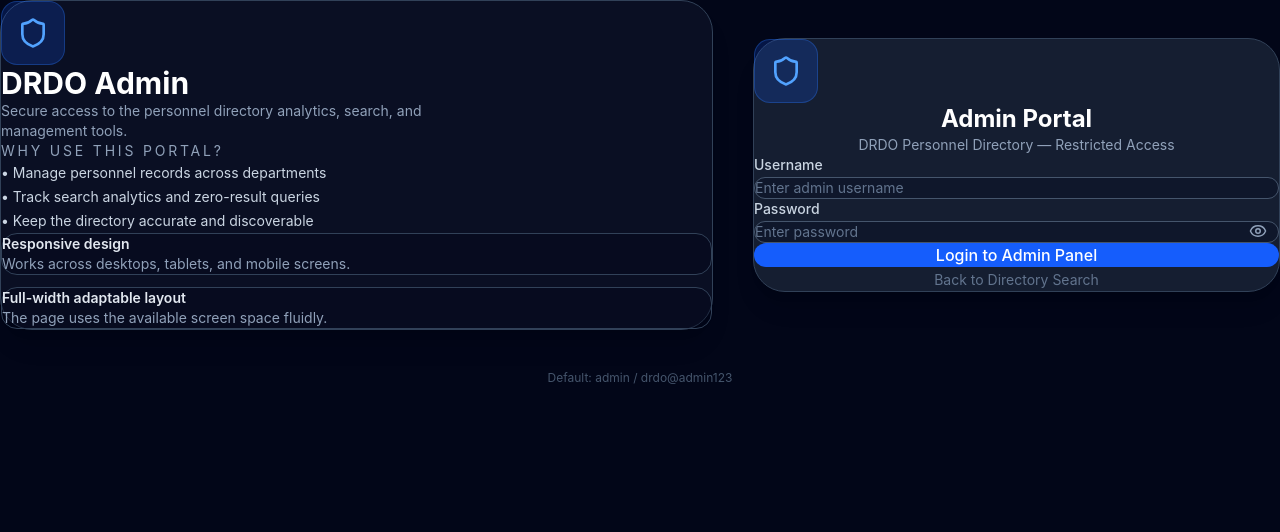
Repository: Mandeepigdtuw/DRDO-Directory
Page: /admin/personnel (app in frontend/)
These files come from the project's save history. The page is drawn as it stood at one moment and after a run of saves; the edit follows.
The browser window is 1280 px wide. The pictures show the whole page.
The project was rebuilt for these pictures with package versions that can differ from the ones it lists, and the page was loaded fresh each time. Also part of the build but not shown: frontend/vite.config.js, frontend/src/components/Navbar.jsx, frontend/src/components/PersonnelCard.jsx, frontend/src/components/ProfileModal.jsx, frontend/src/pages/SearchPage.jsx, frontend/src/components/AdminLayout.jsx, frontend/src/pages/AdminDashboard.jsx, frontend/src/pages/ManagePersonnel.jsx and 3 more.

Above is the page before, as saved 2026-07-18 00:07:37.

### frontend/src/index.css
@import "tailwindcss";
@tailwind base;
@tailwind components;
@tailwind utilities;

* {
  margin: 0;
  padding: 0;
  box-sizing: border-box;
}

body {
  font-family: 'Inter', sans-serif;
  background-color: #0f172a;
  color: #e2e8f0;
}

### frontend/src/App.jsx
// src/App.jsx
import { BrowserRouter, Routes, Route, Navigate } from 'react-router-dom'
import SearchPage from './pages/SearchPage'
import AdminLogin from './pages/AdminLogin'
import AdminDashboard from './pages/AdminDashboard'
import ManagePersonnel from './pages/ManagePersonnel'
import AddPersonnel from './pages/AddPersonnel'
import EditPersonnel from './pages/EditPersonnel'
import AnalyticsDashboard from './pages/AnalyticsDashboard'
import ProtectedRoute from './components/ProtectedRoute'

export default function App() {
  return (
    <BrowserRouter>
      <Routes>
        {/* User Side - Public */}
        <Route path="/" element={<SearchPage />} />

        {/* Admin Login - Public */}
        <Route path="/admin/login" element={<AdminLogin />} />

        {/* Admin Side - Protected (need JWT token) */}
        <Route path="/admin" element={<ProtectedRoute />}>
          <Route path="dashboard" element={<AdminDashboard />} />
          <Route path="personnel" element={<ManagePersonnel />} />
          <Route path="personnel/add" element={<AddPersonnel />} />
          <Route path="personnel/edit/:employee_id" element={<EditPersonnel />} />
          <Route path="analytics" element={<AnalyticsDashboard />} />
        </Route>

        {/* Catch all unknown URLs → redirect to home */}
        <Route path="*" element={<Navigate to="/" />} />
      </Routes>
    </BrowserRouter>
  )
}

### frontend/src/pages/AdminLogin.jsx
// src/pages/AdminLogin.jsx
import { useState } from 'react'
import { useNavigate, Link } from 'react-router-dom'
import { Shield, Eye, EyeOff, Loader2 } from 'lucide-react'
import { loginAdmin } from '../services/api'

export default function AdminLogin() {
  const [username, setUsername] = useState('')
  const [password, setPassword] = useState('')
  const [showPassword, setShowPassword] = useState(false)
  const [loading, setLoading] = useState(false)
  const [error, setError] = useState('')
  const navigate = useNavigate()

  const handleLogin = async () => {
    if (!username.trim() || !password.trim()) {
      setError('Please enter both username and password.')
      return
    }
    setLoading(true)
    setError('')
    try {
      const response = await loginAdmin(username, password)
      localStorage.setItem('admin_token', response.data.access_token)
      navigate('/admin/dashboard')
    } catch (err) {
      setError('Invalid username or password. Please try again.')
    } finally {
      setLoading(false)
    }
  }

  const handleKeyDown = (e) => {
    if (e.key === 'Enter') handleLogin()
  }

  return (
    <div className="min-h-screen bg-slate-950 px-4 py-10">
      <div className="mx-auto w-full max-w-7xl grid gap-10 lg:grid-cols-[1.15fr_0.85fr] items-center">
        <div className="hidden lg:flex flex-col justify-center rounded-[2rem] border border-slate-700 bg-slate-900/60 p-10 shadow-xl">
          <div className="mb-6">
            <div className="w-16 h-16 rounded-2xl bg-blue-600/20 border border-blue-500/30 flex items-center justify-center mb-4">
              <Shield size={32} className="text-blue-400" />
            </div>
            <h1 className="text-3xl font-bold text-white">DRDO Admin</h1>
            <p className="text-slate-400 text-sm mt-2 max-w-md">
              Secure access to the personnel directory analytics, search, and management tools.
            </p>
          </div>
          <div className="space-y-4 text-slate-300">
            <div>
              <p className="text-sm text-slate-400 uppercase tracking-[0.2em] mb-2">Why use this portal?</p>
              <ul className="space-y-3 text-sm leading-6">
                <li>• Manage personnel records across departments</li>
                <li>• Track search analytics and zero-result queries</li>
                <li>• Keep the directory accurate and discoverable</li>
              </ul>
            </div>
            <div className="grid gap-3 text-slate-200 text-sm">
              <div className="rounded-2xl border border-slate-700 bg-slate-950/30 p-4">
                <p className="font-semibold">Responsive design</p>
                <p className="text-slate-400">Works across desktops, tablets, and mobile screens.</p>
              </div>
              <div className="rounded-2xl border border-slate-700 bg-slate-950/30 p-4">
                <p className="font-semibold">Full-width adaptable layout</p>
                <p className="text-slate-400">The page uses the available screen space fluidly.</p>
              </div>
            </div>
          </div>
        </div>

        <div className="w-full rounded-4xl border border-slate-700 bg-slate-800/70 p-8 shadow-xl">

          <div className="text-center mb-8 lg:mb-10">
            <div className="w-16 h-16 rounded-2xl bg-blue-600/20 border border-blue-500/30 flex items-center justify-center mx-auto mb-4">
              <Shield size={32} className="text-blue-400" />
            </div>
            <h1 className="text-2xl font-bold text-white">Admin Portal</h1>
            <p className="text-slate-400 text-sm mt-1">
              DRDO Personnel Directory — Restricted Access
            </p>
          </div>

          <div className="space-y-6">

          {error && (
            <div className="bg-red-400/10 border border-red-400/20 text-red-400 text-sm rounded-xl p-3 mb-5">
              {error}
            </div>
          )}

          <div className="mb-4">
            <label className="text-slate-300 text-sm font-medium block mb-2">
              Username
            </label>
            <input
              type="text"
              value={username}
              onChange={(e) => setUsername(e.target.value)}
              onKeyDown={handleKeyDown}
              placeholder="Enter admin username"
              className="w-full bg-slate-900 border border-slate-600 focus:border-blue-500 text-white rounded-xl px-4 py-3 outline-none transition-colors placeholder-slate-500 text-sm"
            />
          </div>

          <div className="mb-6">
            <label className="text-slate-300 text-sm font-medium block mb-2">
              Password
            </label>
            <div className="relative">
              <input
                type={showPassword ? 'text' : 'password'}
                value={password}
                onChange={(e) => setPassword(e.target.value)}
                onKeyDown={handleKeyDown}
                placeholder="Enter password"
                className="w-full bg-slate-900 border border-slate-600 focus:border-blue-500 text-white rounded-xl px-4 py-3 pr-11 outline-none transition-colors placeholder-slate-500 text-sm"
              />
              <button
                onClick={() => setShowPassword(!showPassword)}
                className="absolute right-3 top-1/2 -translate-y-1/2 text-slate-400 hover:text-white transition-colors"
              >
                {showPassword ? <EyeOff size={18} /> : <Eye size={18} />}
              </button>
            </div>
          </div>
          </div>

          <button
            onClick={handleLogin}
            disabled={loading}
            className="w-full bg-blue-600 hover:bg-blue-500 disabled:bg-slate-700 disabled:cursor-not-allowed text-white font-medium py-3 rounded-xl transition-colors flex items-center justify-center gap-2"
          >
            {loading ? <Loader2 size={18} className="animate-spin" /> : null}
            {loading ? 'Verifying...' : 'Login to Admin Panel'}
          </button>

          <div className="text-center mt-4">
            <Link
              to="/"
              className="text-slate-500 hover:text-slate-300 text-sm transition-colors"
            >
              Back to Directory Search
            </Link>
          </div>
        </div>

        <p className="text-slate-600 text-xs text-center mt-4 lg:col-span-2">
          Default: admin / drdo@admin123
        </p>
      </div>
    </div>
  )
}

### frontend/src/components/ProtectedRoute.jsx
// src/components/ProtectedRoute.jsx
import { Navigate, Outlet } from 'react-router-dom'

export default function ProtectedRoute() {
  // Check if JWT token exists in browser storage
  const token = localStorage.getItem('admin_token')

  if (!token) {
    // Not logged in → send to login page
    return <Navigate to="/admin/login" replace />
  }

  // Logged in → render whatever admin page was requested
  // Outlet renders the child route (dashboard, personnel, analytics)
  return <Outlet />
}

### frontend/src/services/api.js
// src/services/api.js
import axios from 'axios'

const BASE_URL = 'http://localhost:8000'

// Create axios instance pointing to our backend
const api = axios.create({
  baseURL: BASE_URL,
})

// Automatically attach JWT token to every request if it exists
api.interceptors.request.use((config) => {
  const token = localStorage.getItem('admin_token')
  if (token) {
    config.headers.Authorization = `Bearer ${token}`
  }
  return config
})

// ─── AUTH ────────────────────────────────────────
export const loginAdmin = (username, password) =>
  api.post('/auth/login', { username, password })

// ─── SEARCH ──────────────────────────────────────
export const searchPersonnel = (query) =>
  api.get(`/search/?q=${encodeURIComponent(query)}`)


// ─── ADMIN PERSONNEL ─────────────────────────────
export const getAllPersonnel = () =>
  api.get('/admin/personnel')

export const getPersonById = (employee_id) =>
  api.get(`/admin/personnel/${employee_id}`)

export const addPersonnel = (data) =>
  api.post('/admin/personnel', data)

export const updatePersonnel = (employee_id, data) =>
  api.put(`/admin/personnel/${employee_id}`, data)

export const deletePersonnel = (employee_id) =>
  api.delete(`/admin/personnel/${employee_id}`)

// ─── ANALYTICS ───────────────────────────────────
export const getAnalyticsSummary = () =>
  api.get('/admin/analytics/summary')

export const getTopSearches = () =>
  api.get('/admin/analytics/top-searches')

export const getSearchTrends = () =>
  api.get('/admin/analytics/trends')

export const getDepartmentStats = () =>
  api.get('/admin/analytics/department-stats')

export const getZeroResults = () =>
  api.get('/admin/analytics/zero-results')

// Add this to the bottom of src/services/api.js
export const getAllPersonnelPublic = () =>
  api.get('/search/all')

Loaded but not shown: frontend/src/main.jsx (common file)

After the next 2 saves:
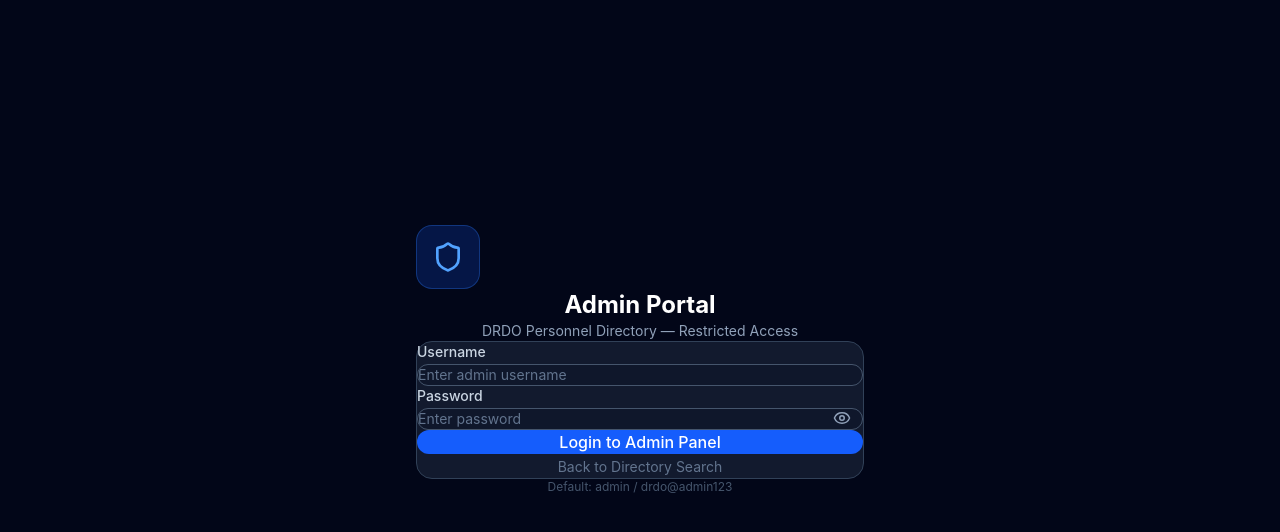
The 2 saves are shown as one change because 1 did not build or start.
The last was saved 4 min 19 s later.
--- a/frontend/src/pages/AdminLogin.jsx
+++ b/frontend/src/pages/AdminLogin.jsx
@@ -35,53 +35,20 @@
   }
 
   return (
-    <div className="min-h-screen bg-slate-950 px-4 py-10">
-      <div className="mx-auto w-full max-w-7xl grid gap-10 lg:grid-cols-[1.15fr_0.85fr] items-center">
-        <div className="hidden lg:flex flex-col justify-center rounded-[2rem] border border-slate-700 bg-slate-900/60 p-10 shadow-xl">
-          <div className="mb-6">
-            <div className="w-16 h-16 rounded-2xl bg-blue-600/20 border border-blue-500/30 flex items-center justify-center mb-4">
-              <Shield size={32} className="text-blue-400" />
-            </div>
-            <h1 className="text-3xl font-bold text-white">DRDO Admin</h1>
-            <p className="text-slate-400 text-sm mt-2 max-w-md">
-              Secure access to the personnel directory analytics, search, and management tools.
-            </p>
+    <div className="min-h-screen bg-slate-950 flex items-center justify-center px-4">
+      <div className="w-full max-w-md">
+
+        <div className="text-center mb-8">
+          <div className="w-16 h-16 rounded-2xl bg-blue-600/20 border border-blue-500/30 flex items-center justify-center mx-auto mb-4">
+            <Shield size={32} className="text-blue-400" />
           </div>
-          <div className="space-y-4 text-slate-300">
-            <div>
-              <p className="text-sm text-slate-400 uppercase tracking-[0.2em] mb-2">Why use this portal?</p>
-              <ul className="space-y-3 text-sm leading-6">
-                <li>• Manage personnel records across departments</li>
-                <li>• Track search analytics and zero-result queries</li>
-                <li>• Keep the directory accurate and discoverable</li>
-              </ul>
-            </div>
-            <div className="grid gap-3 text-slate-200 text-sm">
-              <div className="rounded-2xl border border-slate-700 bg-slate-950/30 p-4">
-                <p className="font-semibold">Responsive design</p>
-                <p className="text-slate-400">Works across desktops, tablets, and mobile screens.</p>
-              </div>
-              <div className="rounded-2xl border border-slate-700 bg-slate-950/30 p-4">
-                <p className="font-semibold">Full-width adaptable layout</p>
-                <p className="text-slate-400">The page uses the available screen space fluidly.</p>
-              </div>
-            </div>
-          </div>
+          <h1 className="text-2xl font-bold text-white">Admin Portal</h1>
+          <p className="text-slate-400 text-sm mt-1">
+            DRDO Personnel Directory — Restricted Access
+          </p>
         </div>
 
-        <div className="w-full rounded-4xl border border-slate-700 bg-slate-800/70 p-8 shadow-xl">
-
-          <div className="text-center mb-8 lg:mb-10">
-            <div className="w-16 h-16 rounded-2xl bg-blue-600/20 border border-blue-500/30 flex items-center justify-center mx-auto mb-4">
-              <Shield size={32} className="text-blue-400" />
-            </div>
-            <h1 className="text-2xl font-bold text-white">Admin Portal</h1>
-            <p className="text-slate-400 text-sm mt-1">
-              DRDO Personnel Directory — Restricted Access
-            </p>
-          </div>
-
-          <div className="space-y-6">
+        <div className="bg-slate-800/60 border border-slate-700 rounded-2xl p-8">
 
           {error && (
             <div className="bg-red-400/10 border border-red-400/20 text-red-400 text-sm rounded-xl p-3 mb-5">
@@ -119,11 +86,11 @@
               <button
                 onClick={() => setShowPassword(!showPassword)}
                 className="absolute right-3 top-1/2 -translate-y-1/2 text-slate-400 hover:text-white transition-colors"
+                type="button"
               >
                 {showPassword ? <EyeOff size={18} /> : <Eye size={18} />}
               </button>
             </div>
-          </div>
           </div>
 
           <button
@@ -145,7 +112,7 @@
           </div>
         </div>
 
-        <p className="text-slate-600 text-xs text-center mt-4 lg:col-span-2">
+        <p className="text-slate-600 text-xs text-center mt-4">
           Default: admin / drdo@admin123
         </p>
       </div>
